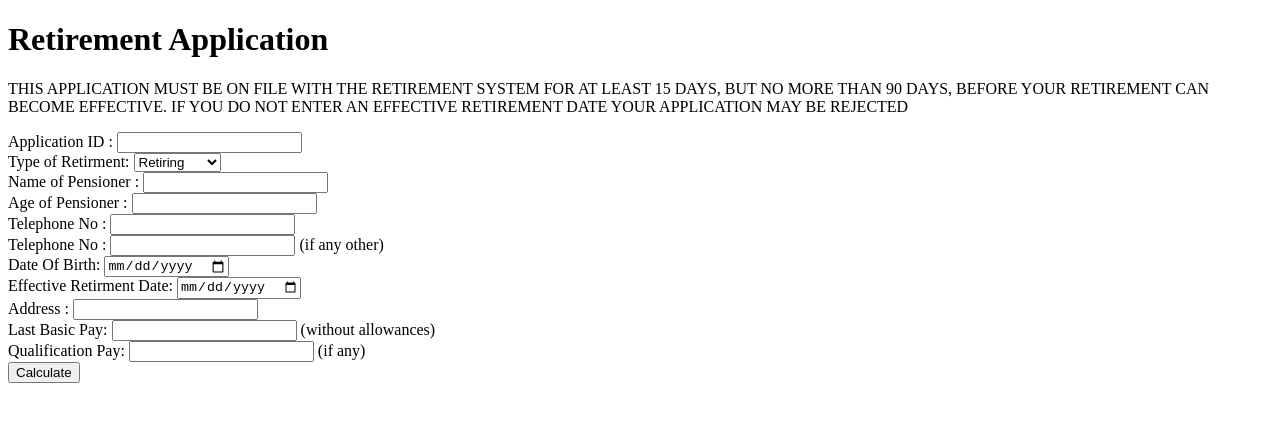
Repository: AQSA-ABDULLAH/RetirementManagmentSystem
Page: RetimentManagmentSystem/src/main/webapp/RetirementApplicationForm.html
An editor plug-in stored every save of this project. The page is shown before and after the next save, followed by the edit.
The browser window is 1280 px wide. The pictures show the whole page.

Above is the page before, as saved 2023-08-13 18:28:50.

After the next save:
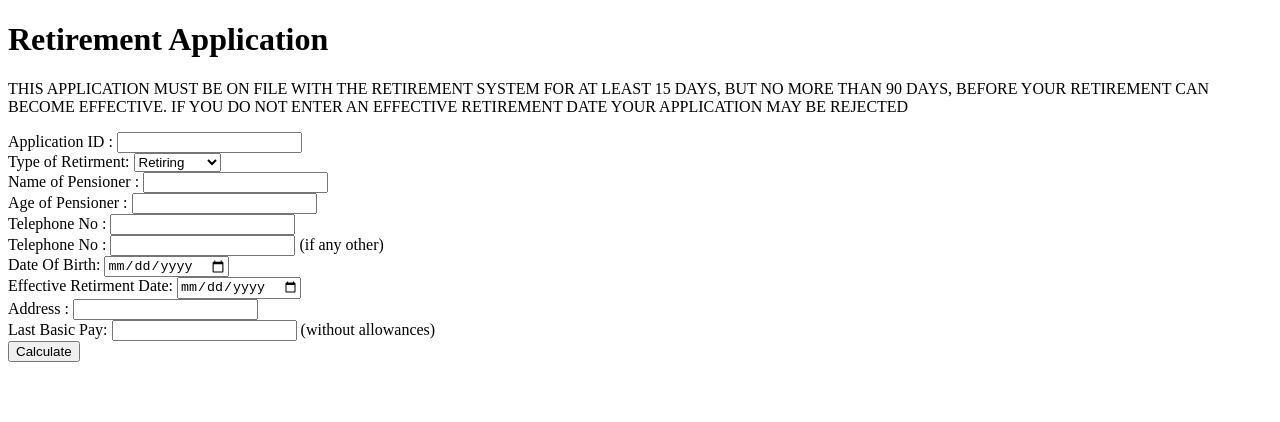
Saved 67 s later.
--- a/RetimentManagmentSystem/src/main/webapp/RetirementApplicationForm.html
+++ b/RetimentManagmentSystem/src/main/webapp/RetirementApplicationForm.html
@@ -51,11 +51,7 @@ YOUR APPLICATION MAY BE REJECTED</p>
     <input type="number" id="BasicPay" required>
     <span>(without allowances)</span><br>
 
-    <label for="QualificationPay">Qualification Pay:</label>
-    <input type="number" id="QualificationPay">
-    <span>(if any)</span><br>
-
-    <button type="button" onclick="calculatePension()">Calculate</button>
+    <button type="button">Calculate</button>
   </form>
 
   <p id="result"></p>
